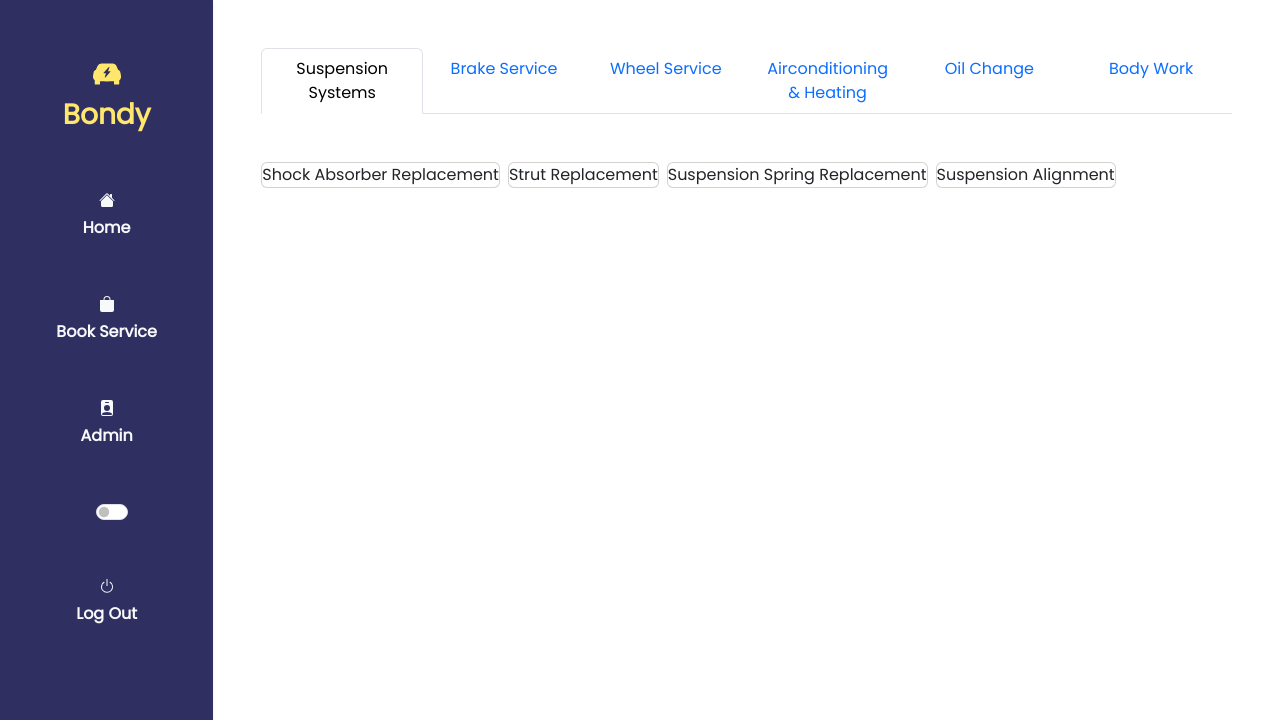
Repository: duzzisantos/bondy
Page: /book-service
The author's editor kept a copy of each file at every save. The page is drawn from the files as they stood at one save, then again after the next save.
The browser window is 1280 px wide. The pictures show the whole page.
Some web libraries are served in a nearby version. The project was rebuilt for these pictures with package versions that can differ from the ones it lists, and the page was loaded fresh each time. Also part of the build but not shown: src/components/Home/LandingPage.scss, src/components/Home/LandingPageScrollContainer.tsx, src/components/Home/TrendingServices.tsx, src/views/LandingPage.tsx, src/components/Services/ServiceTemplate.tsx, src/views/Services.tsx.

Above is the page before, as saved 2023-06-25 15:59:54.

After the next save:
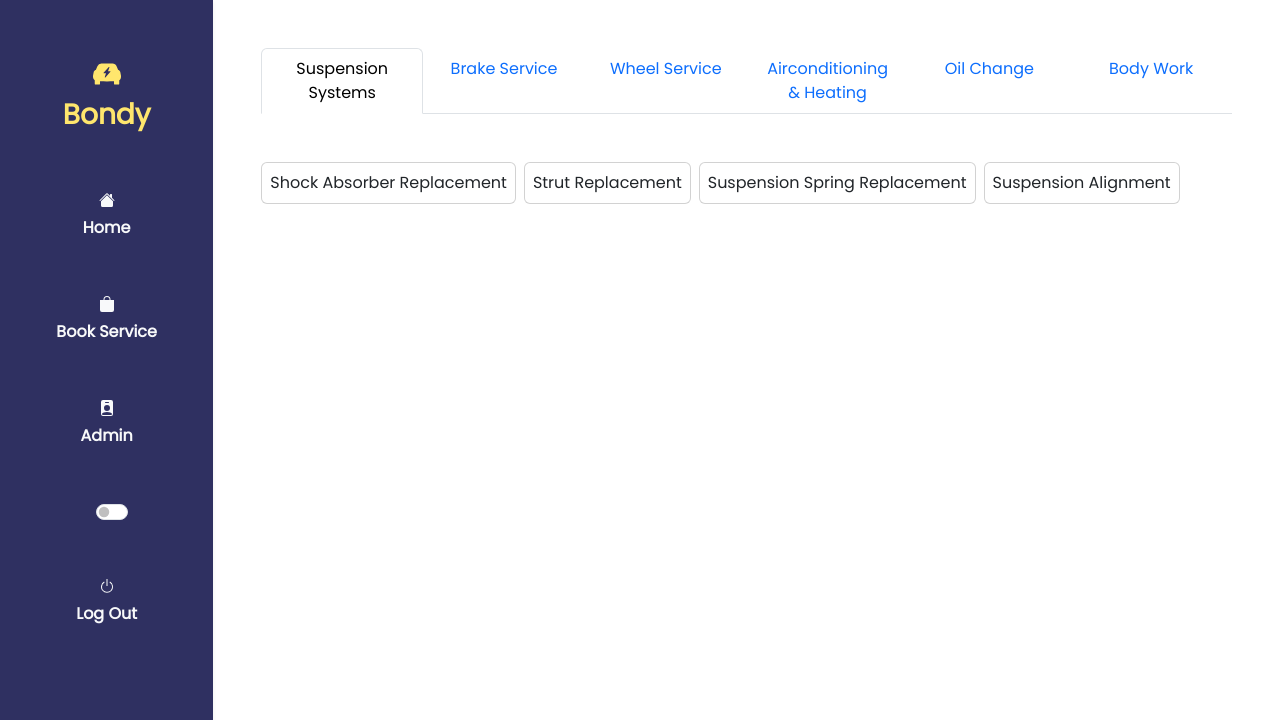
Saved 20 s later.
--- a/src/views/BookService.tsx
+++ b/src/views/BookService.tsx
@@ -14,7 +14,7 @@ const BookService: FunctionComponent = () => {
           >
             <div className="d-flex flex-row flex-wrap hstack gap-2">
               {Object.values(element.images).map((item) => (
-                <Card>{item.serviceName}</Card>
+                <Card className="p-2">{item.serviceName}</Card>
               ))}
             </div>
           </Tab>
